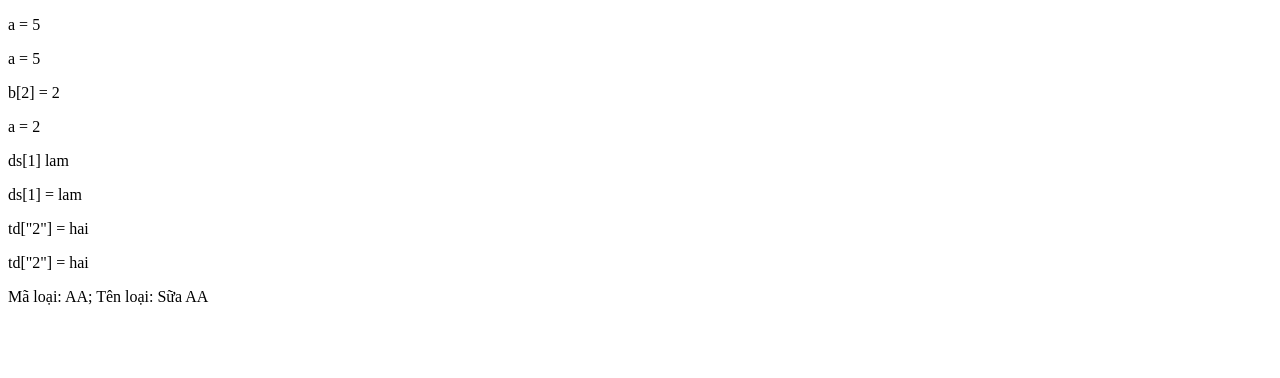
Repository: hoa-nguyen-bk/Module_3
Page: http://localhost/Bai3_JSP/vd4_el_identifier.jsp
These files come from the project's save history. The page is drawn as it stood at one moment and after the next save; the edit follows.
The browser window is 1280 px wide. The pictures show the whole page.
The page is served by Tomcat 9. Other server files are loaded and not shown.

Above is the page before, as saved 2024-08-03 13:45:16.

### Bai3_JSP/src/main/webapp/vd4_el_identifier.jsp
<%@page import="javaBean.LoaiSua"%>
<%@page import="java.util.List"%>
<%@page import="java.util.Map"%>
<%@page import="java.util.TreeMap"%>
<%@page import="java.util.Arrays"%>
<%@ page language="java" contentType="text/html; charset=UTF-8"
    pageEncoding="UTF-8"%>
<!DOCTYPE html>
<html>
<head>
<meta charset="UTF-8">
<title>Minh họa EL</title>
<%
	// 1. biến đơn
	int a = 5;
	request.setAttribute("a", a);

	// 2. Biến mảng
	int[] b = {1,5,2,6,4};
	pageContext.setAttribute("b", b);

	// 3. List
	List<String> ds = Arrays.asList("mai","lam","cuc","truc");
	application.setAttribute("ds", ds);

	// 4.map
	Map<String,String> td = new TreeMap<String,String>();
	td.put("one", "một");
	td.put("two", "hai");
	td.put("one2", "một4");
	session.setAttribute("td", td);

	//5. java bean
	LoaiSua ls = new LoaiSua();
	ls.setMaLoai("AA");
	ls.setTenLoai("Sữa AA");
	request.setAttribute("ls", ls);
%>
</head>
<body>
<p>a = <%=a %></p>
<p>a = ${a}</p>

<p>b[2] = <%=b[2] %></p>
<p>a = ${b[2]}</p>

<p>
ds[1] <%=ds.get(1) %>
</p>

<p> ds[1] = ${ds[1]} </p>

<p>td["2"] = <%=td.get("two") %></p>
<p>td["2"] = ${td["two"] }</p>

<p>Mã loại: <%=ls.getMaLoai() %>; Tên loại: <%=ls.getTenLoai() %></p>

</body>
</html>

### Bai3_JSP/src/main/java/javaBean/LoaiSua.java
package javaBean;

import java.io.Serializable;

/*
 * Java bean là một lớp java đơn giản thỏa 4 yêu cầu
 * 1. thực thi giao tiếp Serializable
 * 2. Các thành phần dữ liệu private
 * 3. có các phương thức getter và setter
 * 4. có một phương thức khởi tạo không tham số
 * */

public class LoaiSua implements Serializable {
	private static final long serialVersionUID = 1L;
	private String maLoai;
	private String tenLoai;
	public LoaiSua() {
		super();
	}
	public String getMaLoai() {
		return maLoai;
	}
	public void setMaLoai(String maLoai) {
		this.maLoai = maLoai;
	}
	public String getTenLoai() {
		return tenLoai;
	}
	public void setTenLoai(String tenLoai) {
		this.tenLoai = tenLoai;
	}
}

After the next save:
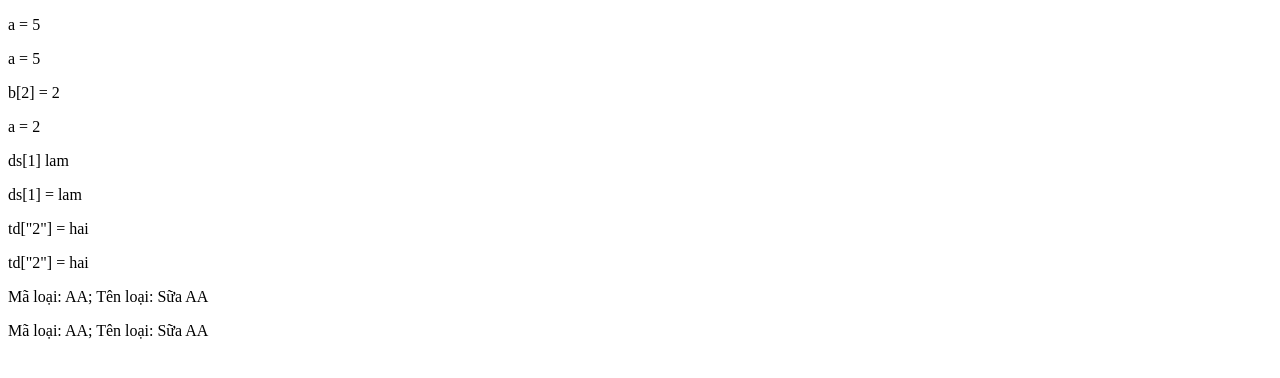
Saved 25 s later.
--- a/Bai3_JSP/src/main/webapp/vd4_el_identifier.jsp
+++ b/Bai3_JSP/src/main/webapp/vd4_el_identifier.jsp
@@ -54,6 +54,7 @@ ds[1] <%=ds.get(1) %>
 <p>td["2"] = ${td["two"] }</p>
 
 <p>Mã loại: <%=ls.getMaLoai() %>; Tên loại: <%=ls.getTenLoai() %></p>
+<p>Mã loại: ${ls.maLoai }; Tên loại: ${ls.tenLoai }</p>
 
 </body>
 </html>
